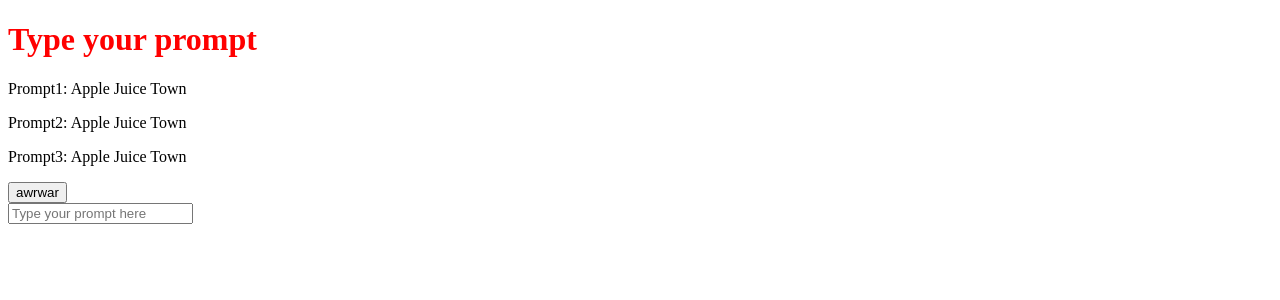
Repository: Appl3Kitti3/PROJECT_4537
Page: ClientSide/index.html
An editor plug-in stored every save of this project. The page is shown before and after a run of saves, followed by the edit.
The browser window is 1280 px wide. The pictures show the whole page.

Above is the page before, as saved 2024-10-17 20:50:00.

### ClientSide/index.html
<!DOCTYPE html>
<html>
    <head>
        <title>Client Side</title>
        <style>
            h1 {
                color: red;
            }
        </style>
    </head>
    <body>
        <h1>
            Type your prompt
        </h1>

        <!-- This is the div that maps out the AI's generated prompts as ideas -->
        <div>
            <p>Prompt1: Apple Juice Town</p>
            <p>Prompt2: Apple Juice Town</p>
            <p>Prompt3: Apple Juice Town</p>
            <button>awrwar</button>
        </div>
        <div>
            <form>
                <input type="text" id="prompt" placeholder="Type your prompt here" />
            </form>
        </div>

        <script>

        </script>
    </body>
</html>

After the next 6 saves:
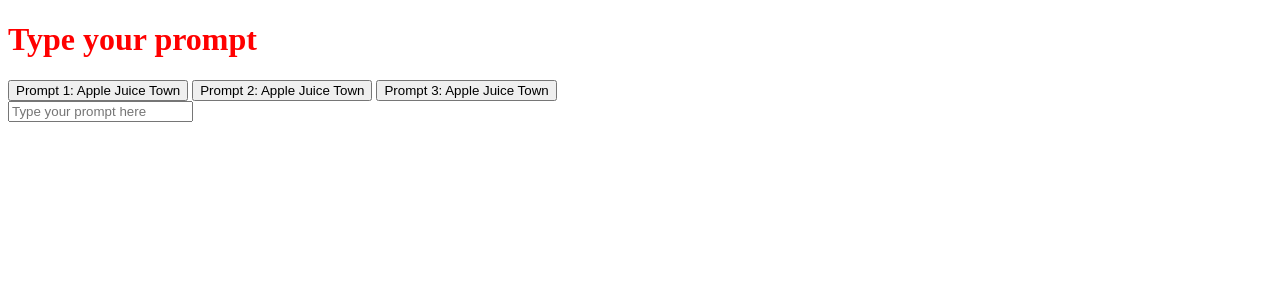
The 6 saves are shown as one change because they came seconds apart.
The last was saved 18 s later.
--- a/ClientSide/index.html
+++ b/ClientSide/index.html
@@ -15,10 +15,10 @@
 
         <!-- This is the div that maps out the AI's generated prompts as ideas -->
         <div>
-            <p>Prompt1: Apple Juice Town</p>
-            <p>Prompt2: Apple Juice Town</p>
-            <p>Prompt3: Apple Juice Town</p>
-            <button>awrwar</button>
+            <button>Prompt 1: Apple Juice Town </button>
+            <button>Prompt 2: Apple Juice Town </button>
+            <button>Prompt 3: Apple Juice Town </button>
+
         </div>
         <div>
             <form>
